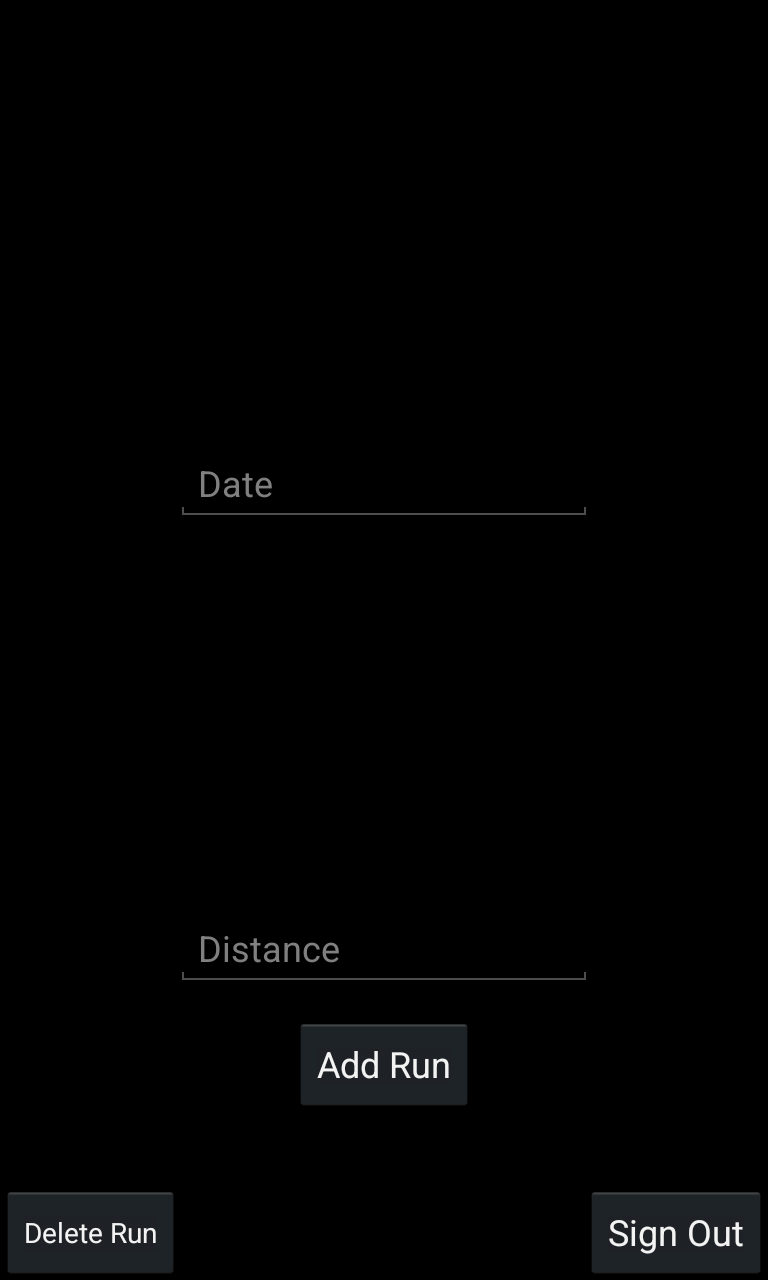
Repository: arianaantonio/CPMD
Layout: ContactsAppAndroid/res/layout/contacts_layout.xml
The author's editor kept a copy of each file at every save. The layout is drawn from the files as they stood at one save, then again after the next save.
It is drawn on a 768 x 1280 px phone screen (xhdpi) without system bars, with theme android:Theme.Holo; the app's code is not run. Lists and similar views that code fills are empty.

Above is the layout before, as saved 2014-10-31 01:55:13.

### ContactsAppAndroid/res/layout/contacts_layout.xml
<?xml version="1.0" encoding="utf-8"?>
<RelativeLayout xmlns:android="http://schemas.android.com/apk/res/android"
    xmlns:tools="http://schemas.android.com/tools"
    android:layout_width="match_parent"
    android:layout_height="match_parent"
    android:orientation="vertical"
    tools:context="com.parse.starter.ContactsActivity" >

    <ListView
        android:id="@+id/listView1"
        android:layout_width="match_parent"
        android:layout_height="200dp"
        android:layout_alignParentTop="true"
        android:layout_centerHorizontal="true"
        android:focusable="true"
        android:clickable="true"
        android:layout_marginTop="22dp" >
    </ListView>

    <Button
        android:id="@+id/deleteButton"
        style="?android:attr/buttonStyleSmall"
        android:layout_width="wrap_content"
        android:layout_height="wrap_content"
        android:layout_alignParentBottom="true"
        android:layout_alignParentLeft="true"
        android:text="@string/delete" />

    <EditText
        android:id="@+id/editText1"
        android:layout_width="wrap_content"
        android:layout_height="wrap_content"
        android:layout_below="@+id/listView1"
        android:layout_centerHorizontal="true"
        android:ems="10"
        android:hint="@string/date"
        android:inputType="date" >


    </EditText>

    <EditText
        android:id="@+id/editText2"
        android:layout_width="wrap_content"
        android:layout_height="wrap_content"
        android:layout_above="@+id/addButton"
        android:layout_alignRight="@+id/editText1"
        android:layout_marginBottom="14dp"
        android:ems="10"
        android:hint="@string/distance"
        android:inputType="numberDecimal" />

    <Button
        android:id="@+id/addButton"
        android:layout_width="wrap_content"
        android:layout_height="wrap_content"
        android:layout_above="@+id/deleteButton"
        android:layout_centerHorizontal="true"
        android:layout_marginBottom="36dp"
        android:text="@string/add" />

    <Button
        android:id="@+id/signoutButton"
        android:layout_width="wrap_content"
        android:layout_height="wrap_content"
        android:layout_alignParentBottom="true"
        android:layout_alignParentRight="true"
        android:text="@string/signOut" />

    <TextView
        android:id="@+id/usernameField"
        android:layout_width="wrap_content"
        android:layout_height="wrap_content"
        android:layout_alignBaseline="@+id/signoutButton"
        android:layout_alignBottom="@+id/signoutButton"
        android:layout_alignLeft="@+id/addButton"
        android:layout_alignRight="@+id/addButton"
        android:gravity="center"
        android:text="" />

</RelativeLayout>

### ContactsAppAndroid/res/values/strings.xml
<?xml version="1.0" encoding="utf-8"?>
<resources>
    <string name="hello">Hello World, ParseStarterProjectActivity!</string>
    <string name="app_name">Run Log</string>
    <string name="login">Log In</string>
    <string name="signup">Sign Up</string>
    <string name="skip">Skip</string>
    <string name="username">username</string>
    <string name="password">password</string>
    <string name="newUsername">Create Username</string>
    <string name="newPassword">Create Password</string>
    <string name="contacts">Runs</string>
    <string name="date">Date</string>
    <string name="distance">Distance</string>
    <string name="add">Add Run</string>
    <string name="delete">Delete Run</string>
    <string name="signOut">Sign Out</string>

</resources>

After the next save:
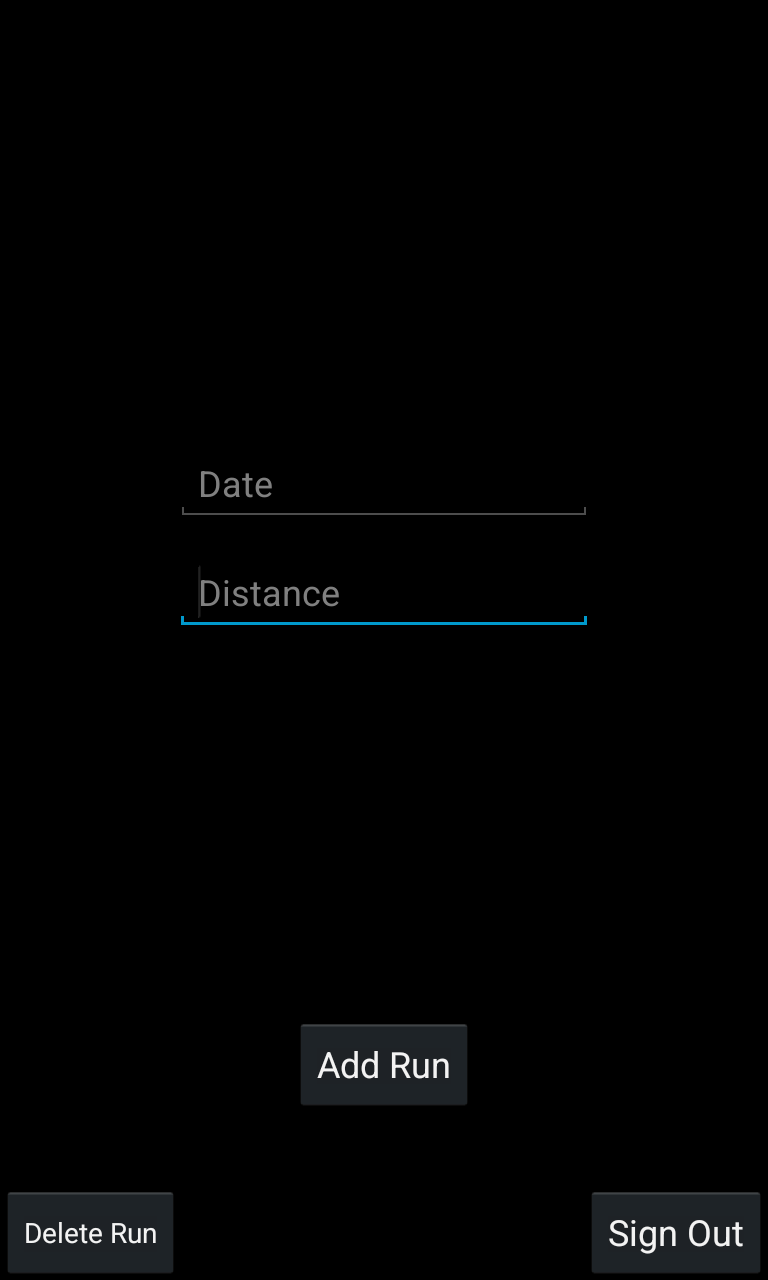
Saved 12 min 6 s later.
--- a/ContactsAppAndroid/res/layout/contacts_layout.xml
+++ b/ContactsAppAndroid/res/layout/contacts_layout.xml
@@ -39,17 +39,6 @@
 
     </EditText>
 
-    <EditText
-        android:id="@+id/editText2"
-        android:layout_width="wrap_content"
-        android:layout_height="wrap_content"
-        android:layout_above="@+id/addButton"
-        android:layout_alignRight="@+id/editText1"
-        android:layout_marginBottom="14dp"
-        android:ems="10"
-        android:hint="@string/distance"
-        android:inputType="numberDecimal" />
-
     <Button
         android:id="@+id/addButton"
         android:layout_width="wrap_content"
@@ -78,4 +67,18 @@
         android:gravity="center"
         android:text="" />
 
+    <EditText
+        android:id="@+id/editText2"
+        android:layout_width="wrap_content"
+        android:layout_height="wrap_content"
+        android:layout_alignLeft="@+id/editText1"
+        android:layout_below="@+id/editText1"
+        android:layout_marginTop="15dp"
+        android:ems="10"
+        android:hint="@string/distance"
+        android:inputType="numberDecimal" >
+
+        <requestFocus />
+    </EditText>
+
 </RelativeLayout>
